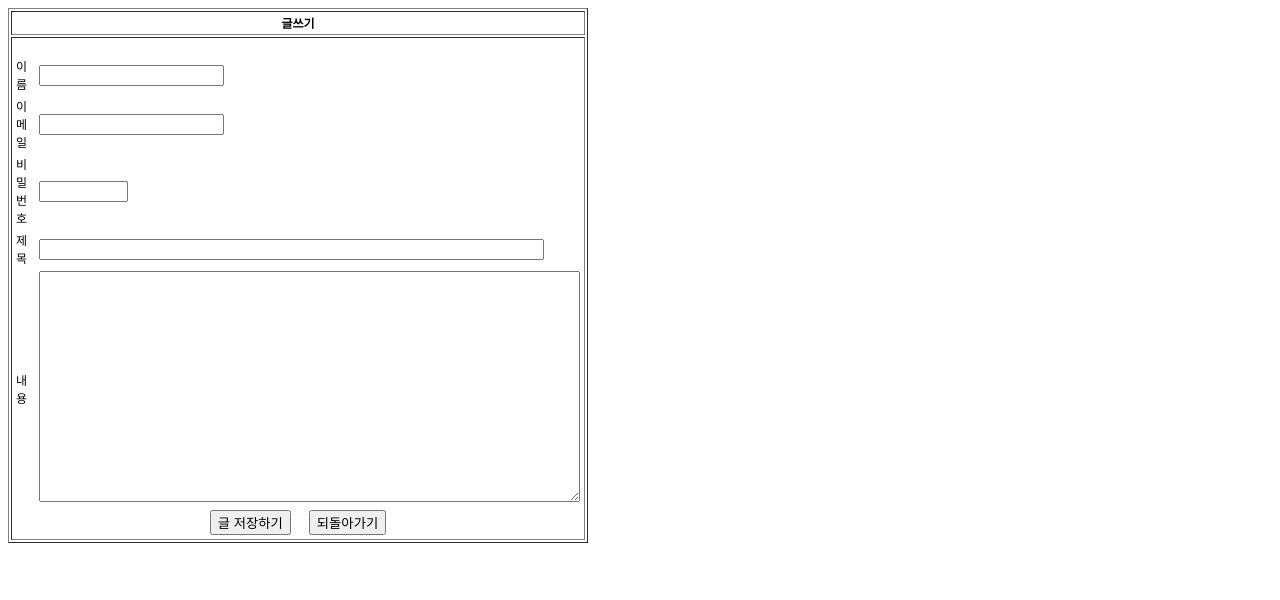
Repository: seunginlee/WaterMelonPlayer
Page: http://localhost/board/edit.php
These files come from the project's save history. The page is drawn as it stood at one moment and after the next save; the edit follows.
The browser window is 1280 px wide. The pictures show the whole page.
The page is run by PHP 8.4 with error messages shown; the project is at /var/www/html/.

Above is the page before, as saved 2018-09-17 10:20:30.

### worrrrrk/php01/board/edit.php
<!DOCTYPE html>
<html>
<head>
<link rel="stylesheet" type="text/css" href="board.css">
</head>
<body>
<form action="insert.php" method="post">
<table width="580" border="1">
	<tr>
		<td height="20" align="center"><b>글쓰기</b>
		</td>
	</tr>
	<tr>
		<td>&nbsp;
		<table>
			<tr>
				<td width="60">이름</td>
				<td><input type="text" name="name"
				size="20" maxlength="10"></td>
			</tr>
			<tr>
				<td>이메일</td>
				<td><input type="text" name="email"
				size="20" maxlength="25"></td>
			</tr>

			<tr>
				<td>비밀번호</td>
				<td><input type="password" name="pass"
				size="8" maxlength="8"></td>
			</tr>
			<tr>
				<td>제목</td>
				<td><input type="text" name="title"
				size="60" maxlength="35"></td>
			</tr>
			<tr>
				<td>내용</td>
				<td><textarea name="content"
				rows="15" cols="65"></textarea></td>
			</tr>
			<tr>
				<td colspan="10" align="center">
				<input type="submit"
				value="글 저장하기">&nbsp;&nbsp;
				&nbsp;&nbsp;
				<input type="button"
				value="되돌아가기"
				onclick="history.back(-1)">
				</td>
			</tr>
		</table>
		</td>
	</tr>
</table>
</form>
</body>
</html>

### worrrrrk/php01/board/board.css
@charset "UTF-8";
td { font-size: 12px;}
a:link{
 font : 12px; color: black;  text-decoration: none;
 font-family: 굴림;
}

a:VISITED {
	 text-decoration : none;
	 color : black;
	 font-size : 12px;
}
a:HOVER{
	text-decoration: underline;
	color: black;
	font-size 12px;
}

After the next save:
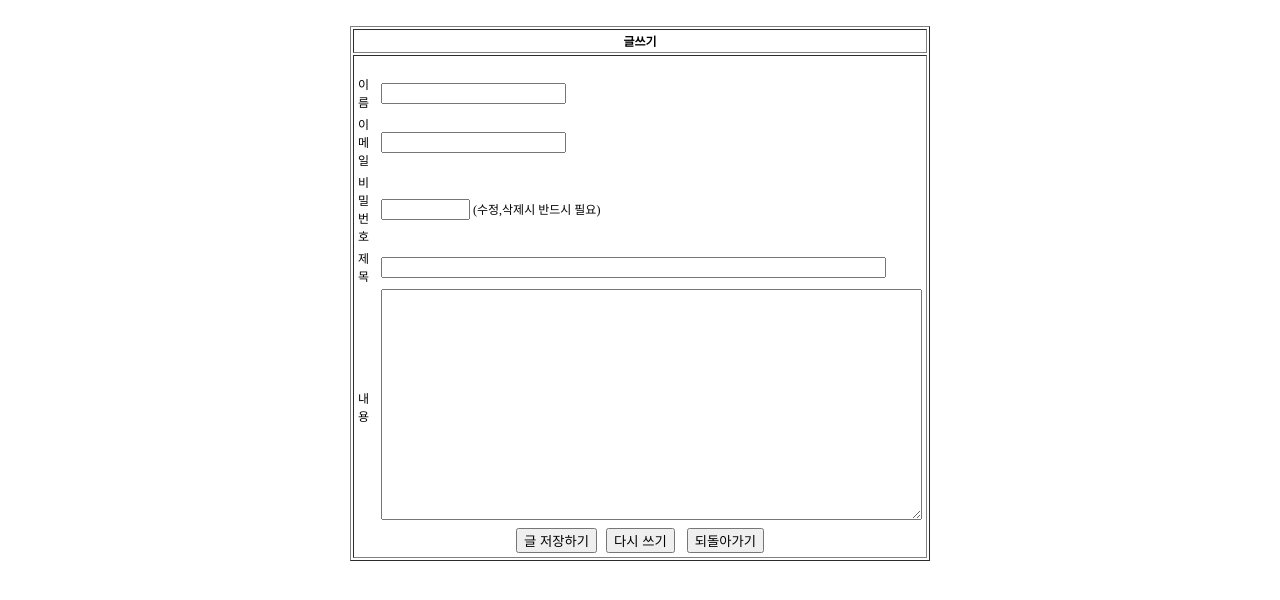
Saved 10 min 16 s later.
--- a/worrrrrk/php01/board/edit.php
+++ b/worrrrrk/php01/board/edit.php
@@ -4,6 +4,8 @@
 <link rel="stylesheet" type="text/css" href="board.css">
 </head>
 <body>
+<center>
+<br>
 <form action="insert.php" method="post">
 <table width="580" border="1">
 	<tr>
@@ -15,34 +17,44 @@
 		<table>
 			<tr>
 				<td width="60">이름</td>
-				<td><input type="text" name="name"
-				size="20" maxlength="10"></td>
+				<td>
+				<input type="text" name="name"
+				size="20" maxlength="10">
+				</td>
 			</tr>
 			<tr>
 				<td>이메일</td>
-				<td><input type="text" name="email"
-				size="20" maxlength="25"></td>
+				<td>
+				<input type="text" name="email"
+				size="20" maxlength="25">
+				</td>
 			</tr>
 
 			<tr>
 				<td>비밀번호</td>
-				<td><input type="password" name="pass"
-				size="8" maxlength="8"></td>
+				<td>
+				<input type="password" name="pass"
+				size="8" maxlength="8">
+				(수정,삭제시 반드시 필요)</td>
 			</tr>
 			<tr>
 				<td>제목</td>
-				<td><input type="text" name="title"
-				size="60" maxlength="35"></td>
+				<td>
+				<input type="text" name="title"
+				size="60" maxlength="35">
+				</td>
 			</tr>
 			<tr>
 				<td>내용</td>
 				<td><textarea name="content"
-				rows="15" cols="65"></textarea></td>
+				rows="15" cols="65"></textarea>
+				</td>
 			</tr>
 			<tr>
 				<td colspan="10" align="center">
 				<input type="submit"
 				value="글 저장하기">&nbsp;&nbsp;
+				<input type="reset" value="다시 쓰기">
 				&nbsp;&nbsp;
 				<input type="button"
 				value="되돌아가기"
@@ -54,5 +66,6 @@
 	</tr>
 </table>
 </form>
+</center>
 </body>
 </html>
